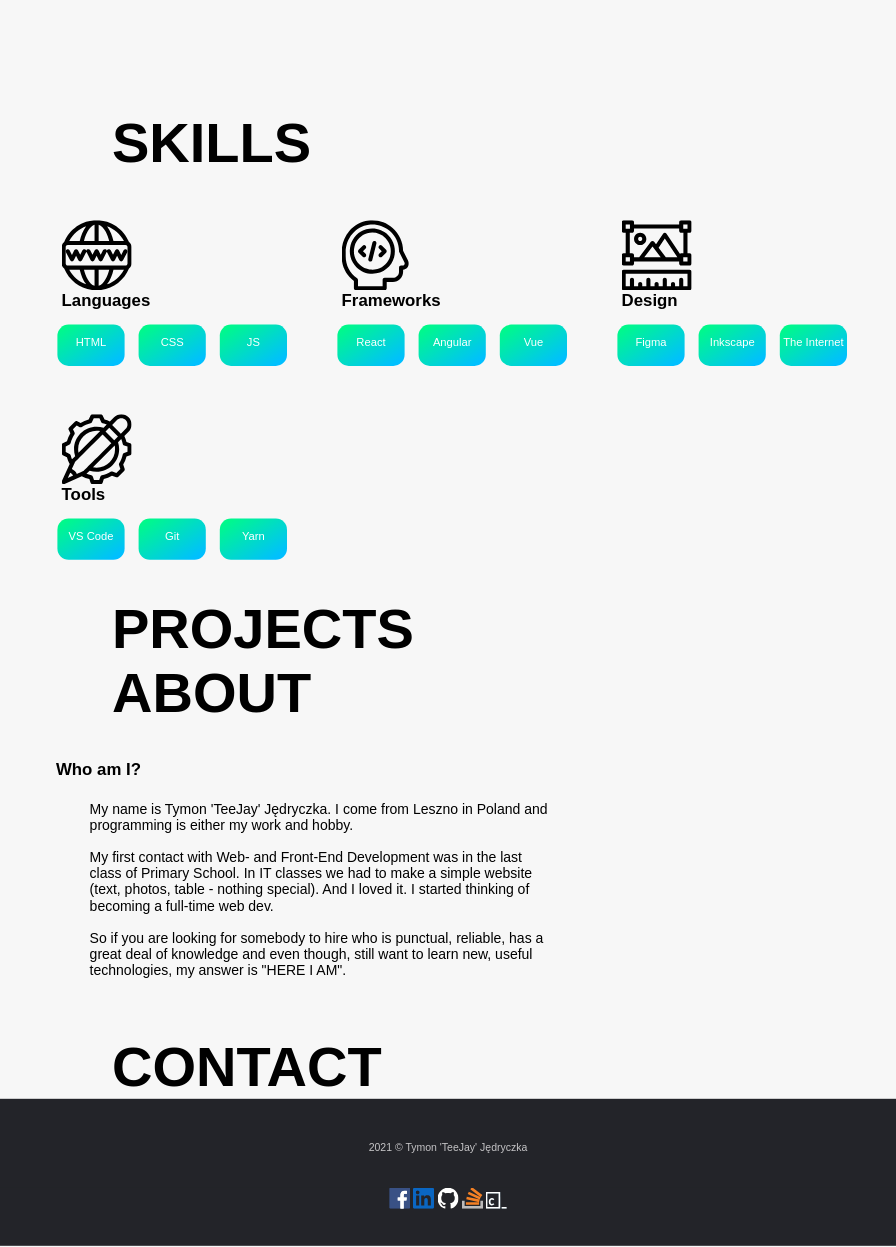
Repository: TeeJaysDev/Portfolio
Page: index.html
An editor plug-in stored every save of this project. The page is shown before and after the next save, followed by the edit.
The browser window is 1280 px wide. The pictures show the part of the page from y = 904 to 2824 px (the page is 2686 px tall before and 2824 px after), at 70% of full size.

Above is the page before, as saved 2021-04-24 20:45:21.

### index.html
<!DOCTYPE html>
<html lang="en">
<head>
    <meta charset="UTF-8">
    <meta http-equiv="X-UA-Compatible" content="IE=edge">
    <meta name="viewport" content="width=device-width, initial-scale=1.0">
    <script type="text/javascript" src="script.js"></script>
    <link rel="stylesheet" href="style.css">
    <link href="https://fonts.googleapis.com/css2?family=Raleway&display=swap" rel="stylesheet">
    <link href="https://fonts.googleapis.com/css2?family=Quicksand:wght@700&display=swap" rel="stylesheet">
    <title>Tymon Jędryczka | Portfolio</title>
</head>
<body>
    <nav>
        <a href="#skills"><h3>skills</h3></a>
        <a href="#projects"><h3>projects</h3></a>
        <a href="#about"><h3>about</h3></a>
        <a href="#contact"><h3>contact</h3></a>
    </nav>
    <header>
        <h2 class="welcome_part_h1">h1</h2>
        <h1 class="welcome_part">
            Hi, I'm <strong>Tymon</strong><br>
            I design <strong>and</strong><br>
            build <strong>incredible</strong><br>
            websites / <strong>webapps</strong>
        </h1>
        <h2 class="welcome_part_h2">
            Web Dev and UX/UI Designer from Poland
        </h2>
    </header>
    <main>
        <h1>
            SKILLS
        </h1>
        <section id="skills">
                <div class="languages">
                    <div class="box">
                        <div class="imageh2">
                            <img src="Images/svg/languages.svg">
                            <h2>Languages</h2>
                        </div>
                        <div class="text">
                            <li>HTML</li>
                            <li>CSS</li>
                            <li>JS</li>
                        </div>
                    </div>
                </div>
                <div class="frameworks">
                    <div class="box">
                        <div class="imageh2">
                            <img src="Images/svg/frameworks.svg">
                            <h2>Frameworks</h2>
                        </div>
                        <div class="text">
                            <li>React</li>
                            <li>Angular</li>
                            <li>Vue</li>
                        </div>
                    </div>
                </div>
                <div class="design">
                    <div class="box">
                        <div class="imageh2">
                            <img src="Images/svg/design.svg">
                            <h2>Design</h2>
                        </div>
                        <div class="text">
                            <li>Figma</li>
                            <li>Inkscape</li>
                            <li>The Internet</li>
                        </div>
                    </div>
                </div>
                <div class="tools">
                    <div class="box">
                        <div class="imageh2">
                            <img src="Images/svg/tools.svg">
                            <h2>Tools</h2>
                        </div>
                        <div class="text">
                            <li>VS Code</li>
                            <li>Git</li>
                            <li>Yarn</li>
                        </div>
                    </div>
                </div>
        </section>
        <section id="projects">
            <h1>
                PROJECTS
            </h1>
        </section>
        <section id="about">
            <h1>
                ABOUT
            </h1>
            <h2>
                Who am I?
            </h2>
            <p>
                My name is Tymon 'TeeJay' Jędryczka. I come from Leszno in Poland and programming is either my work and hobby.
                <br><br>
                My first contact with Web- and Front-End Development was in the last class of Primary School. In IT classes we had to make a simple website (text, photos, table - nothing special). And I loved it. I started thinking of becoming a full-time web dev.
                <!-- <br><br> I am also a self-taught dev and with CodeCademy and YouTube I get knowledge of HTML5, CSS3, JS, and its frameworks (React, Angular, Vue). I call myself a 2-in-1 developer 'cause I design things (usually in Figma) and then make them real by writing some code. -->
                <br><br>
                So if you are looking for somebody to hire who is punctual, reliable, has a great deal of knowledge and even though, still want to learn new, useful technologies, my answer is "HERE I AM".
            </p>
        </section>
        <section id="contact">
            <h1>
                CONTACT
            </h1>
        </section>
    </main>
    <footer>
        <h4>2021 &copy; Tymon 'TeeJay' Jędryczka</h4>
        <li><a href="https://facebook.com/tymonjedr/" target="_blank"><img src="Images/svg/facebook.svg" alt="Facebook LOGO"></a></li>
        <li><a href="https://linkedin.com/in/tymon-jedryczka/" target="_blank"><img src="Images/svg/linkedin.svg" alt="LinkedIn LOGO"></a></li>
        <li><a href="https://github.com/TeeJaysDev" target="_blank"><img src="Images/svg/github.svg" alt="GitHub LOGO"></a></li>
        <li><a href="https://stackoverflow.com/users/15029595/teejaysdev" target="_blank"><img src="Images/svg/stack.svg" alt="Stack LOGO"></a></li>
        <li><a href="https://codecademy.com/profiles/TeeJaysDev" target=”_blank”><img src="Images/svg/codecademy.svg" alt="CodeCademy LOGO"></a></li>
    </footer>
</body>
</html>

### style.css
* {
    margin: 0;
    padding: 0;
    font-family: sans-serif;
    text-decoration: none;
}

body {
    background-color: #F7F7F7;
}

nav {
    display: flex;
    justify-content: flex-end;
    margin-right: 0rem;
    margin-top: 0rem;
}

nav a {
    color: #000000;
    padding: 0.938rem;
    margin-top: 2rem;
    margin-right: 3.125rem;
    font-size: 1.563rem;
}

.welcome_part_h1 {
    font-family: monospace;
    font-size: 3.75rem;
    margin-top: 9rem;
    margin-left: 2.5rem;
    margin-bottom: 0rem;
}

.welcome_part {
    margin-top: 2rem;
    margin-left: 5rem;
    margin-bottom: 2rem;
    font-family: Raleway;
    font-weight: lighter;
    font-size: 5rem;
    min-width: 18ch;
}

.welcome_part_h2 {
    margin-bottom: 18rem;
    margin-left: 4rem;
}

#skills {
    display: grid;
    align-items: flex-end;
    grid-template-columns: repeat(auto-fit, 400px);
    margin-left: 4.5rem;
}

h1 {
    font-size: 5rem;
    margin-left: 10rem;
}

.imageh2 {
    display: flex;
    flex-wrap: wrap;
    align-items: flex-start;
    margin: 4rem 20rem 1rem 1rem;
}

.text {
    display: flex;
    flex-wrap: wrap;
}

.text li {
    list-style: none;
    margin: 1rem;
    color: #fff;
    padding-top: 1rem;
    text-align: center;
    align-items: center;
    border-radius: 1rem;
    margin: 5px 10px;
    width: 6rem;
    background-image: linear-gradient(147deg,#00FF7F,#00BFFF 90%);
    padding-bottom: 25px;
}

#about p {
    font-size: 1.25rem;
    max-width: 60ch;
    margin-left: 8rem;
    margin-bottom: 5rem;
    margin-top: 2rem;
}

#about h2 {
    margin-left: 5rem;
    margin-top: 3rem;
}

#projects h1 {
    width: 15%;
    margin-top: 3rem;
}

#about h1 {
    width: 15%;
}

#contact h1 {
    width: 17%;
}

footer, footer h4 {
    color: #C5C4C6;
    background-color: #232429;
    font-family: Arial, Helvetica, sans-serif;
    font-size: 0.938rem;
    font-weight: lighter;
    text-align: center;
    z-index: -1;
    padding-top: 1.875rem;
    padding-bottom: 3.125rem;
}

footer li{
    margin: 0 1.25;
    display: inline;
}

body .error {
    text-align: center;
}

.error p {
    font-family: Quicksand;
    font-weight: 700;
    color: #000000;
    font-size: 20rem;
    margin-top: 5rem;
}

.error button a {
    text-decoration: none;
    text-align: center;
    color: #000000;
    font-size: 2rem;
    padding: 3rem;
}

.error .mainError {
    display: flex;
    text-align: center;
    margin-left: 40rem;
    margin-right: auto;
}

.error img {
    width: 250px;
}

.error button {
    margin-top: 10rem;
}
/* Smartphone (portrait) --- */

@media only screen
and (min-width: 320px)
and (max-width: 767px) {

    nav {
        display: flex;
        justify-content: flex-end;
        margin-right: 1rem;
        margin-top: 0rem;
    }

    nav a {
        padding: 0.938rem;
        margin-top: 2rem;
        margin-right: -1rem;
        font-size: 1rem;
    }

     main .welcome_part_h1 {
        font-family: monospace;
        font-size: 2.5rem;
        margin-top: 9rem;
        margin-left: 1rem;
    }

    main .welcome_part {
        margin-top: 1rem;
        margin-left: 2rem;
        margin-bottom: 2rem;
        font-size: 1.63rem;
        min-width: 18ch;
    }

    main .welcome_part_h2 {
        margin-bottom: 10rem;
        margin-left: 2rem;
        font-size: 1rem;
    }

    section h1 {
        font-size: 3rem;
        margin-bottom: 1.563rem;
    }

    #about p {
        font-size: 1.25rem;
        max-width: 22ch;
        margin-left: 2rem;
        margin-bottom: 5rem;
    }

    #about h2 {
        margin-left: 2rem;
        margin-top: 5rem;
    }

    footer, footer h4 {
        padding-top: 1.875rem;
        padding-bottom: 3.125rem;
        width: 100%;
    }

    footer li{
        margin: 0 1.25;
        display: inline;
    }
}



@media only screen
and (min-width: 768px)
and (max-width: 1024px)
and (orientation: portrait) {

    * {
        margin: 0;
        padding: 0;
        font-family: sans-serif;
        text-decoration: none;
    }

    body {
        background-color: #F7F7F7;
    }

    nav {
        display: flex;
        justify-content: flex-end;
        margin-right: 0rem;
        margin-top: 0rem;
    }

    nav a {
        color: #000000;
        padding: 0.938rem;
        margin-top: 2rem;
        margin-right: 3.125rem;
        font-size: 1.563rem;
    }

     main .welcome_part_h1 {
        font-family: monospace;
        font-size: 3.75rem;
        margin-top: 13rem;
        margin-left: 2.5rem;
        margin-bottom: 0rem;
    }

    main .welcome_part {
        margin-top: 2rem;
        margin-left: 5rem;
        margin-bottom: 2rem;
        font-family: Raleway;
        font-weight: lighter;
        font-size: 3.9rem;
        min-width: 18ch;
    }

    main .welcome_part_h2 {
        margin-bottom: 20rem;
        margin-left: 4rem;
    }

    #about p {
        font-size: 1.25rem;
        max-width: 45ch;
        margin-left: 8rem;
        margin-bottom: 5rem;
    }

    #about h2 {
        margin-left: 5rem;
        margin-top: 5rem;
    }

    #projects h1 {
        width: 15%;
        margin-top: 3rem;
    }

    #about h1 {
        width: 15%;
    }

    #contact h1 {
        width: 17%;
    }

    footer, footer h4 {
        color: #C5C4C6;
        background-color: #232429;
        font-family: Arial, Helvetica, sans-serif;
        font-size: 0.938rem;
        font-weight: lighter;
        text-align: center;
        z-index: -1;
        width: 100%;
        padding-top: 1.875rem;
        padding-bottom: 3.125rem;
    }

    body .error {
        text-align: center;
    }

    .error p {
        font-family: Quicksand;
        font-weight: 700;
        color: #000000;
        font-size: 20rem;
        margin-top: 5rem;
    }

    .error button a {
        text-decoration: none;
        text-align: center;
        color: #000000;
        font-size: 2rem;
        padding: 3rem;
    }

    .error .mainError {
        display: flex;
        text-align: center;
        margin-left: 40rem;
        margin-right: auto;
    }

    .error img {
        width: 250px;
    }

    .error button {
        margin-top: 10rem;
    }
}

@media only screen
and (min-width: 953)
and (max-width: 1230) {
     p {
        margin-left: 1rem;
    }
}

@media only screen
and (min-width: 550px)
and (max-width: 700px) {
    main .welcome_part_h1 {
        font-family: monospace;
        font-size: 3.75rem;
        margin-top: 13rem;
        margin-left: 2.5rem;
        margin-bottom: 0rem;
    }

    main .welcome_part {
        margin-top: 2rem;
        margin-left: 5rem;
        margin-bottom: 2rem;
        font-size: 2.6rem;
    }

    main .welcome_part_h2 {
        margin-bottom: 20rem;
        margin-left: 4rem;
    }
}

@media only screen
and (min-width: 1920px) {
    main .welcome_part_h1 {
        font-family: monospace;
        font-size: 3.75rem;
        margin-top: 13rem;
        margin-left: 2.5rem;
        margin-bottom: 0rem;
    }

    main .welcome_part {
        margin-top: 2rem;
        margin-left: 5rem;
        margin-bottom: 2rem;
        font-size: 5rem;
    }

    main .welcome_part_h2 {
        margin-bottom: 20rem;
        margin-left: 4rem;
        font-size: 2.5rem;
    }
}

@media only screen
and (max-width: 950) {

}

Loaded but not shown: script.js (no stored copy; drawn as an empty file)

After the next save:
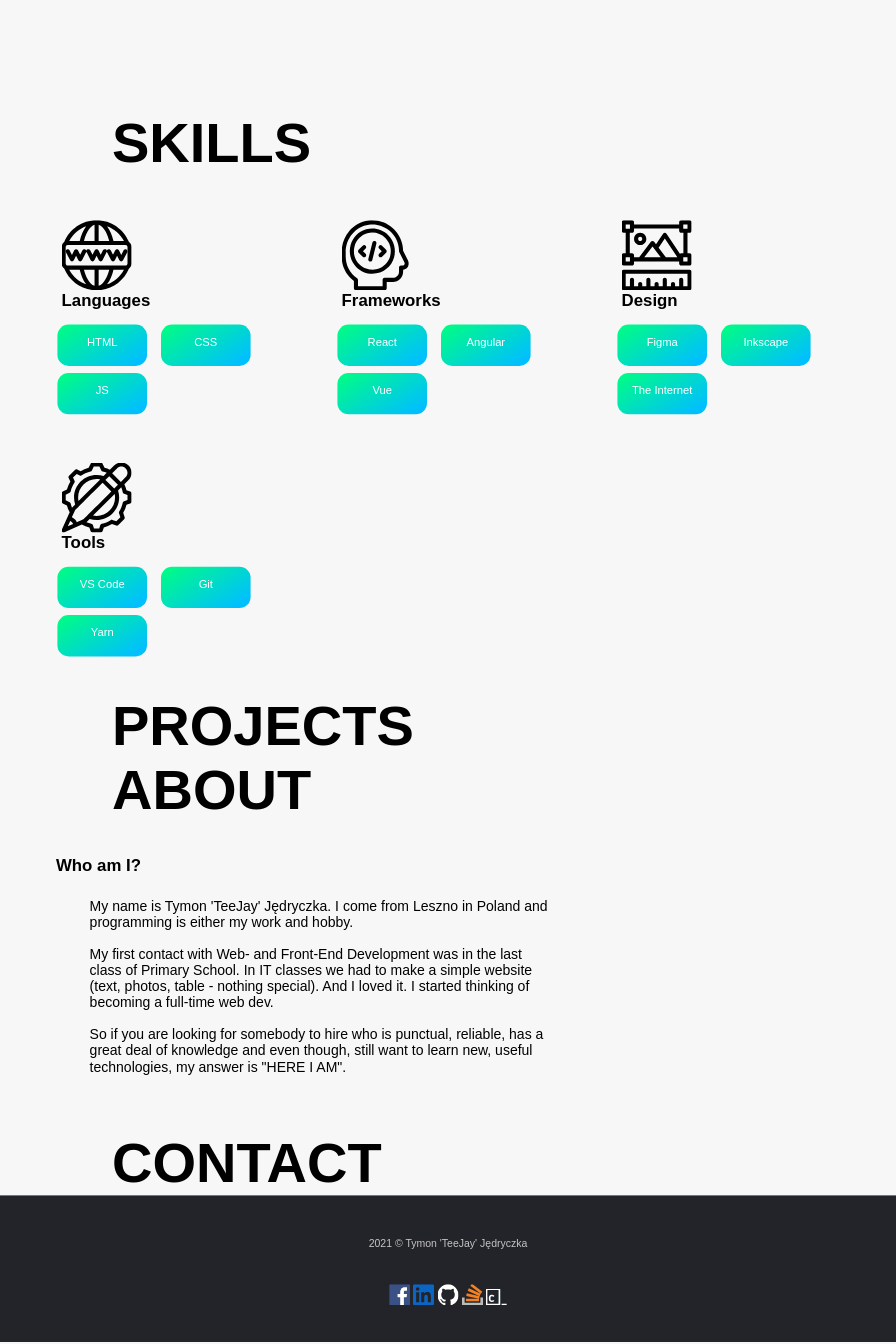
Saved 12 s later.
--- a/style.css
+++ b/style.css
@@ -75,7 +75,7 @@ h1 {
     list-style: none;
     margin: 1rem;
     color: #fff;
-    padding-top: 1rem;
+    padding: 1rem;
     text-align: center;
     align-items: center;
     border-radius: 1rem;
